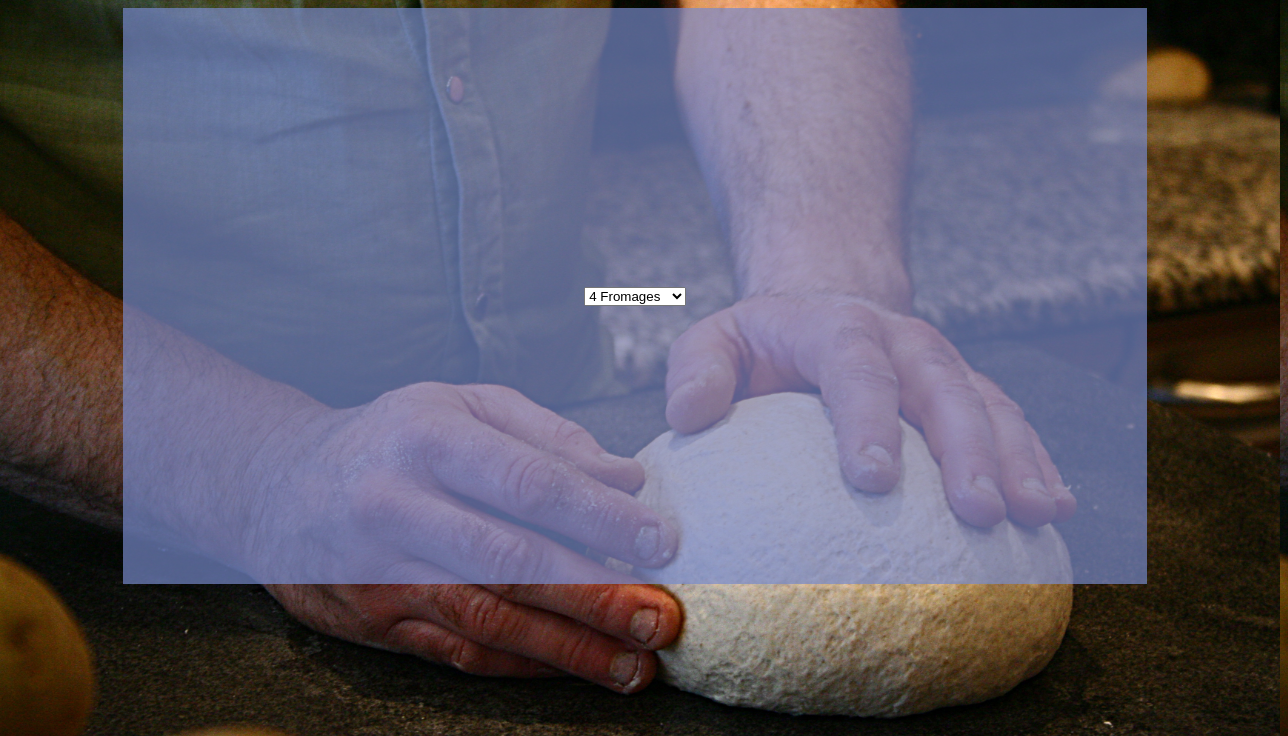
Repository: dev84-unalien/pippo_pizza
Page: commande.html
An editor plug-in stored every save of this project. The page is shown before and after the next save, followed by the edit.
The browser window is 1280 px wide. The page is 1288 px wide, so the pictures cover 1288 px, including what lies to the right of the window. The pictures show the whole page.

Above is the page before, as saved 2019-09-11 15:17:27.

After the next save:
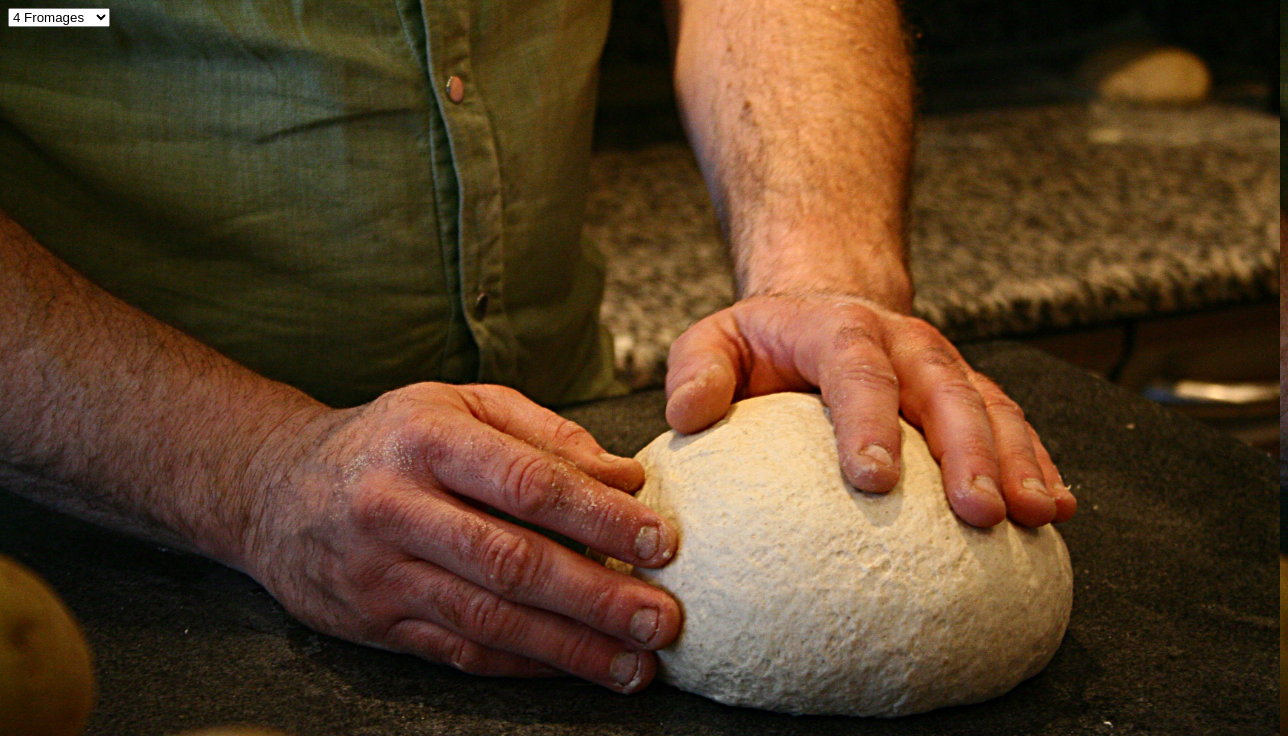
Saved 5 s later.
--- a/commande.html
+++ b/commande.html
@@ -14,8 +14,8 @@
 <body>
 
          <div id="body">
-            <div id="gcadre">
-                   <select id = "taillepizza">
+            <div id="cadrecommande">
+                   <select id = "choixpizza">
                          <option value="4fromage">4 Fromages</option>
                          <option value="chicago">Chicago</option>
                          <option value="florentine">Florentine</option>
